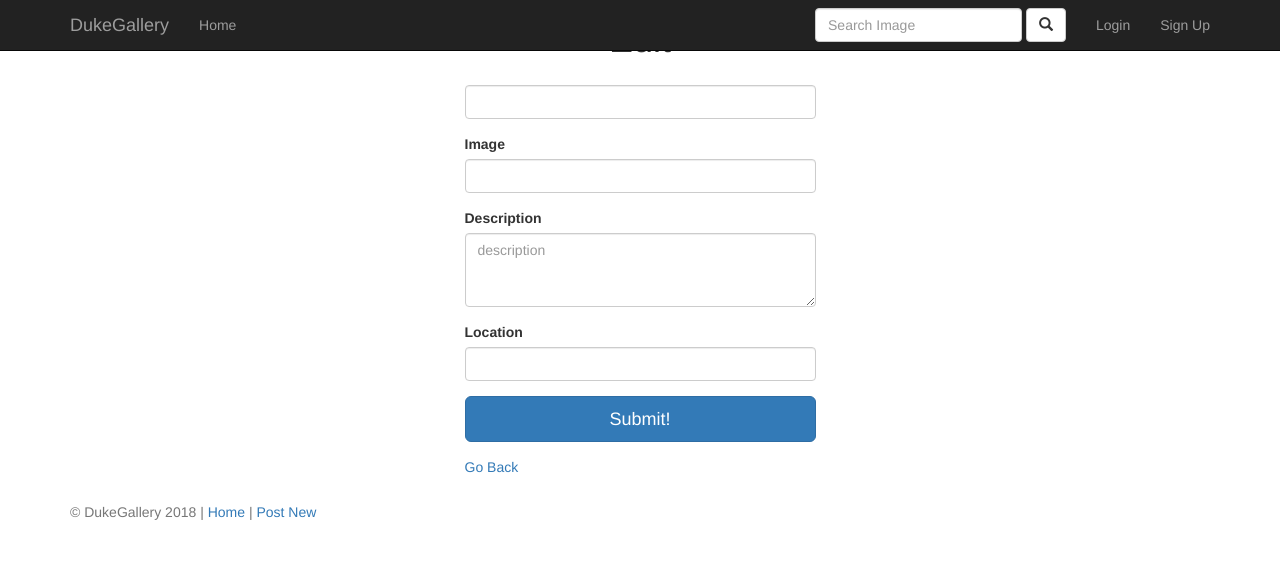
Repository: zhangsi929/Duke_gallery
Page: views/images/edit.ejs
The author's editor kept a record of every edit. The page is drawn from the files as they stood at one moment, then again after the next edit.
The browser window is 1280 px wide. The pictures show the whole page.
Some web libraries are served in a nearby version. The page is served by the project's Node server (app.js). The template is opened directly, without the code that normally fills it, so the values that code supplies are empty.

Above is the page before.

After the next edit:
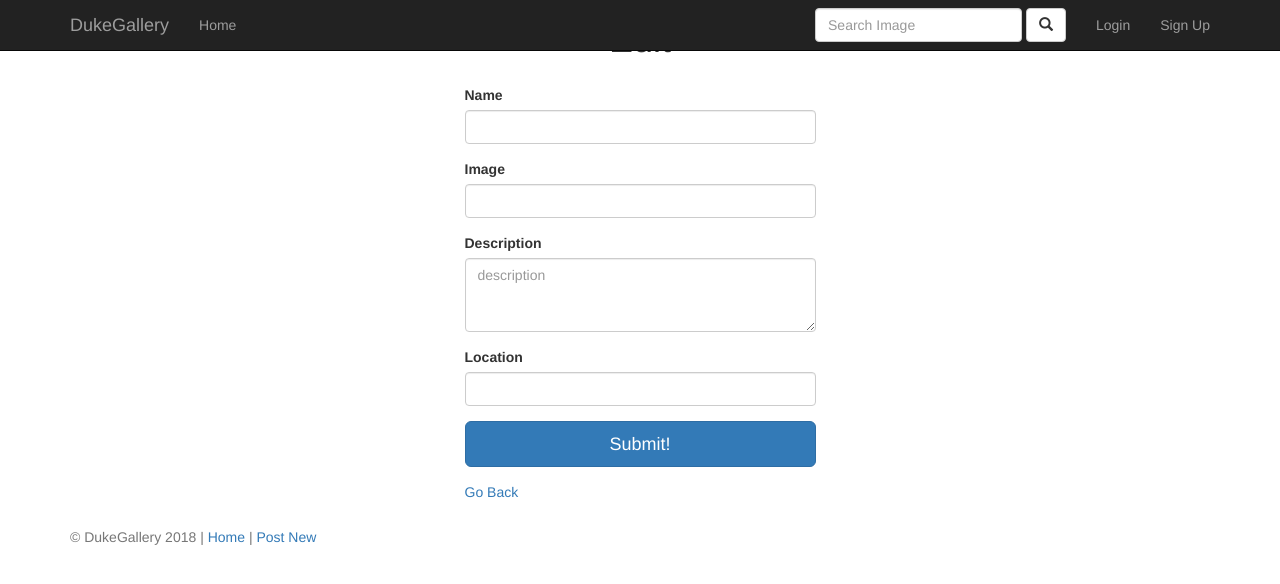
The edit:
--- a/views/images/edit.ejs
+++ b/views/images/edit.ejs
@@ -5,6 +5,7 @@
         <div style="width: 30%; margin: 25px auto;">
             <form action="/gallery/<%= gallery._id %>?_method=PUT" method="POST">
                 <div class="form-group">
+                    <label for="location">Name</label>
                     <input class="form-control" type="text" name="gallery[name]" value="<%= gallery.name %>">
                 </div>
                 <div class="form-group">
